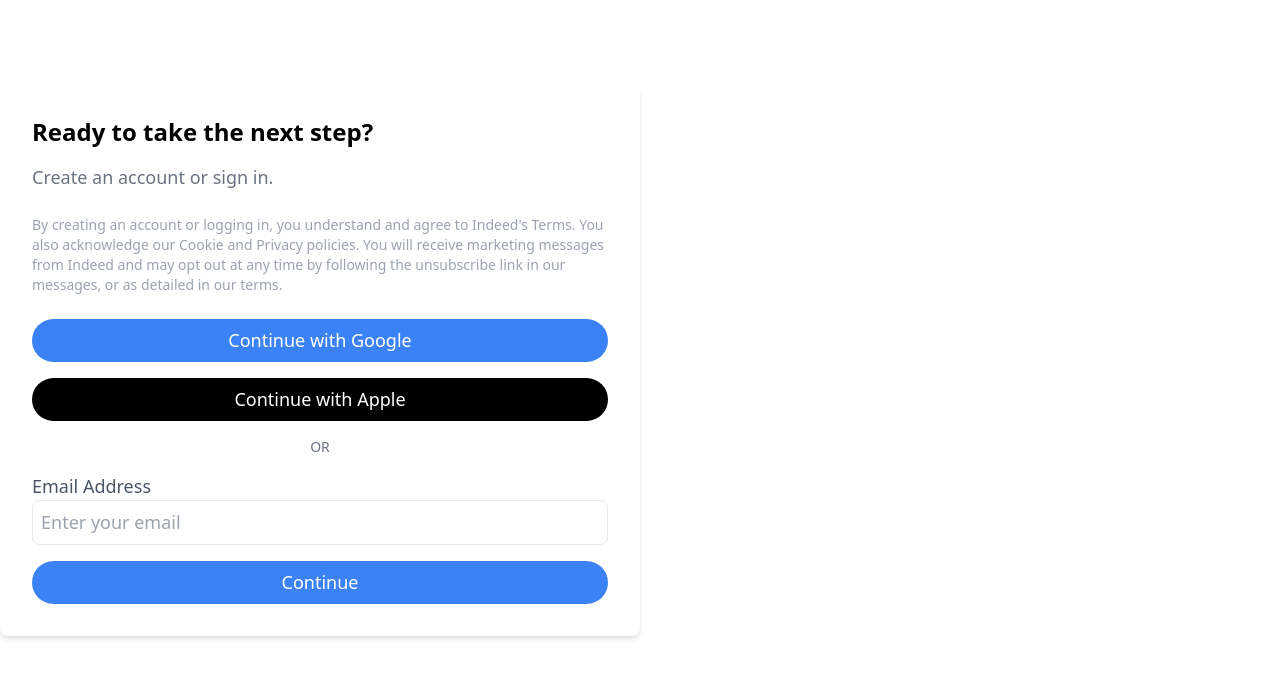
Repository: Temitech001/new-job
Page: /signin
The author's editor kept a copy of each file at every save. The page is drawn from the files as they stood at one save, then again after a run of saves.
The browser window is 1280 px wide. The pictures show the whole page.
The project was rebuilt for these pictures with package versions that can differ from the ones it lists, and the page was loaded fresh each time. Also part of the build but not shown: src/App.css, src/components/header/Header.jsx, src/components/jobSearch/Job.jsx, src/components/jobSearch/JobListing.jsx, src/App.js.

Above is the page before, as saved 2023-08-22 01:59:06.

### public/index.html
<!DOCTYPE html>
<html lang="en">
  <head>
    <meta charset="utf-8" />
    <link rel="icon" href="%PUBLIC_URL%/favicon.ico" />
    <meta name="viewport" content="width=device-width, initial-scale=1" />
    <meta name="theme-color" content="#000000" />
    <meta
      name="description"
      content="JobConnect360 is your comprehensive platform for all things related to employment."
    />
    <link rel="apple-touch-icon" href="%PUBLIC_URL%/logo192.png" />
    <!--
      manifest.json provides metadata used when your web app is installed on a
      user's mobile device or desktop. See https://developers.google.com/web/fundamentals/web-app-manifest/
    -->
    <link rel="manifest" href="%PUBLIC_URL%/manifest.json" />
    <!--
      Notice the use of %PUBLIC_URL% in the tags above.
      It will be replaced with the URL of the `public` folder during the build.
      Only files inside the `public` folder can be referenced from the HTML.

      Unlike "/favicon.ico" or "favicon.ico", "%PUBLIC_URL%/favicon.ico" will
      work correctly both with client-side routing and a non-root public URL.
      Learn how to configure a non-root public URL by running `npm run build`.
    -->
    <title>JobConnect360</title>
  </head>
  <body>
    <noscript>You need to enable JavaScript to run this app.</noscript>
    <div id="root"></div>
    <!--
      This HTML file is a template.
      If you open it directly in the browser, you will see an empty page.

      You can add webfonts, meta tags, or analytics to this file.
      The build step will place the bundled scripts into the <body> tag.

      To begin the development, run `npm start` or `yarn start`.
      To create a production bundle, use `npm run build` or `yarn build`.
    -->
  </body>
</html>

### src/index.js
import React from 'react';
import ReactDOM from 'react-dom/client';
import { BrowserRouter, Routes, Route} from "react-router-dom";
import './index.css';
import App from './App';
import ScrollToTop from 'react-scroll-to-top';
import SignIn from './components/jobSearch/signIn/SignIn';

const root = ReactDOM.createRoot(document.getElementById('root'));
root.render(
  <React.StrictMode>
    <BrowserRouter>
    <ScrollToTop/>
            <Routes>
                <Route path="/" element={<App />} />
                <Route path="/signin" element={<SignIn />} />
                {/* <Route path="/impact" element={<ImpactPage />} /> */}
                {/* <Route path="/contact" element={<ContactPage />} /> */}
            </Routes>
            {/* <App /> */}
        </BrowserRouter>
  </React.StrictMode>
);

### src/index.css
@tailwind base;
@tailwind components;
@tailwind utilities;

body {
  margin: 0;
  font-family: "Noto Sans", "Helvetica Neue", Helvetica, Arial, sans-serif;
  -webkit-font-smoothing: antialiased;
  -moz-osx-font-smoothing: grayscale;
  font-size: 18px;
}

code {
  font-family: source-code-pro, Menlo, Monaco, Consolas, 'Courier New',
    monospace;
}

### src/components/jobSearch/signIn/SignIn.jsx
import React from 'react';
// import './SignIn.css'; // Add your additional CSS file for custom styling

const SignIn = () => {
  return (
    <div className="flex justify-center items-center h-screen w-2/4">
      <div className="bg-white p-8 rounded-lg shadow-md">
        <h2 className="text-2xl font-semibold mb-4">
          Ready to take the next step?
        </h2>
        <p className="text-gray-500 mb-6">
          Create an account or sign in.
        </p>
        <p className="text-sm text-gray-400 mb-6">
          By creating an account or logging in, you understand and agree to Indeed's Terms. You also acknowledge our Cookie and Privacy policies. You will receive marketing messages from Indeed and may opt out at any time by following the unsubscribe link in our messages, or as detailed in our terms.
        </p>
        <button className="bg-blue-500 text-white rounded-full py-2 px-4 mb-4 w-full hover:bg-blue-600">
          Continue with Google
        </button>
        <button className="bg-black text-white rounded-full py-2 px-4 mb-4 w-full hover:bg-gray-800">
          Continue with Apple
        </button>
        <div className="text-center text-gray-500 text-sm mb-4">OR</div>
        <div className="mb-4">
          <label htmlFor="email" className="text-gray-600">Email Address</label>
          <input
            type="email"
            id="email"
            className="w-full border rounded-lg p-2 focus:outline-none focus:ring focus:border-blue-400"
            placeholder="Enter your email"
          />
        </div>
        <button className="bg-blue-500 text-white rounded-full py-2 px-4 w-full hover:bg-blue-600">
          Continue
        </button>
      </div>
    </div>
  );
};

export default SignIn;

### src/components/header/Header.css
/* Header.css */
@media (max-width: 768px) {
    /* Mobile styles */

    /* Center logo and move Sign In button to the right */
    .container {
      flex-direction: column;
      align-items: center;
    }

    .flex:nth-child(1) {
      margin-bottom: 1rem;
    }

    /* Add margin between logo and Sign In button */
    .flex:nth-child(2) {
      margin-top: 1rem;
    }

    /* Mobile menu icon styles */
    .menu-icon {
      display: inline-block;
    }

    .bar {
      width: 25px;
      height: 3px;
      background-color: white;
      margin: 4px 0;
      transition: 0.4s;
    }

    .open .bar:nth-child(1) {
      transform: rotate(-45deg) translate(-5px, 6px);
    }

    .open .bar:nth-child(2) {
      opacity: 0;
    }

    .open .bar:nth-child(3) {
      transform: rotate(45deg) translate(-5px, -6px);
    }

    /* Add styles for mobile menu (Hamburger) */
    .menu-items {
      display: none;
      flex-direction: column;
      align-items: center;
    }

    .menu-open .menu-items {
      display: flex;
    }

    /* Additional mobile styles can be added as needed */
  }

### tailwind.config.js
/** @type {import('tailwindcss').Config} */
module.exports = {
  content: ["./src/**/*.{html,jsx, js}"],
  theme: {
    extend: {},
  },
  plugins: [],
}

After the next 2 saves:
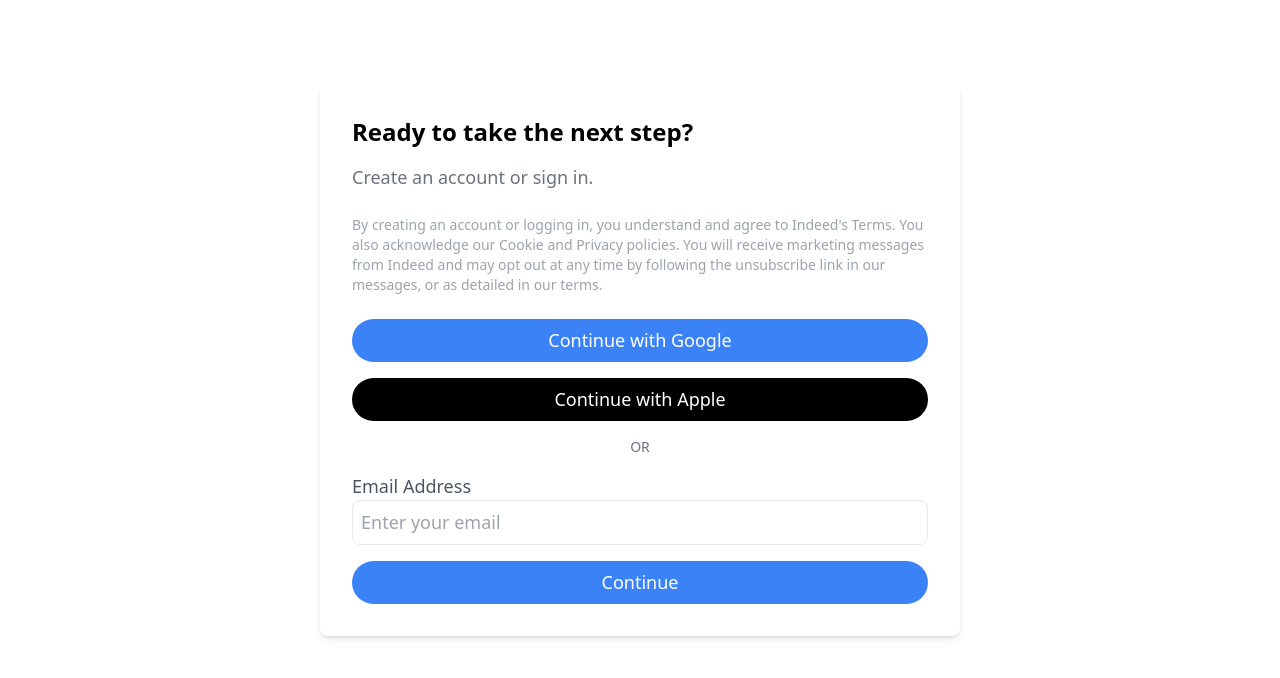
The 2 saves are shown as one change because they came seconds apart.
The last was saved 10 s later.
--- a/src/components/jobSearch/signIn/SignIn.jsx
+++ b/src/components/jobSearch/signIn/SignIn.jsx
@@ -3,7 +3,7 @@ import React from 'react';
 
 const SignIn = () => {
   return (
-    <div className="flex justify-center items-center h-screen w-2/4">
+    <div className="flex justify-center items-center h-screen w-2/4 mx-auto">
       <div className="bg-white p-8 rounded-lg shadow-md">
         <h2 className="text-2xl font-semibold mb-4">
           Ready to take the next step?
